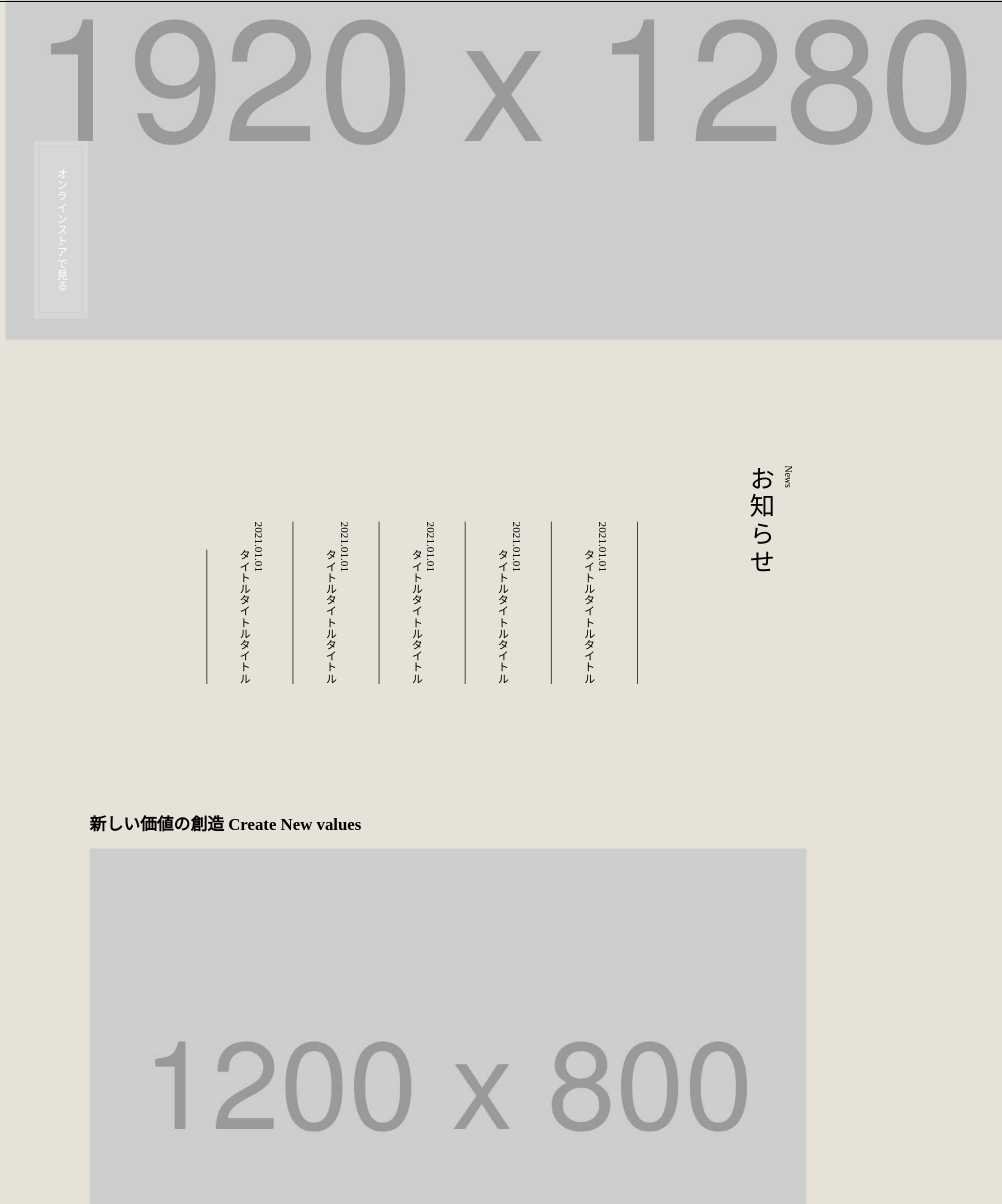
Repository: Fuki-san/wagashi
Page: http://localhost/wagashi
These files come from the project's save history. The page is drawn as it stood at one moment and after the next save; the edit follows.
The browser window is 1280 px wide. The page is 1432 px wide, so the pictures cover 1432 px, including what lies to the right of the window. The pictures show the part of the page from y = 363 to 2083 px (the page is 3955 px tall), at 70% of full size.
The page is served by the project's Laravel application, run on PHP 8.4 with Laravel 10.

Above is the page before, as saved 2023-12-09 15:44:46.

After the next save:
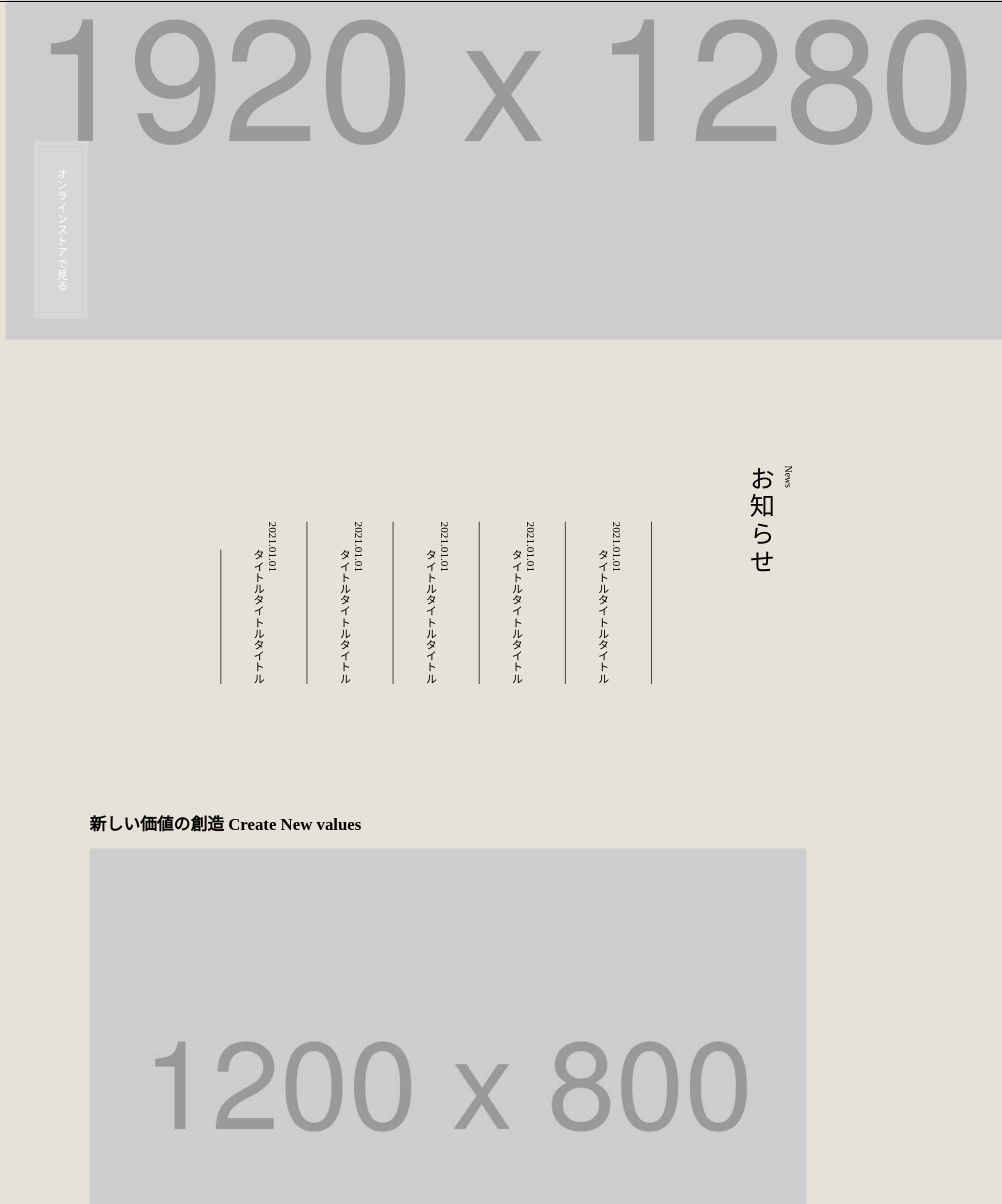
Saved 23 s later.
--- a/public/css/style.css
+++ b/public/css/style.css
@@ -107,7 +107,7 @@ li{
     -moz-writing-mode: vertical-rl;
     -webkit-writng-mode: vertical-rl;
     -ms-wrinting-mode: tb-rl;
-    padding: 80px 120px 0 0;
+    padding: 80px 100px 0 0;
 }
 #news .list dd{
     padding-left: 40px;
